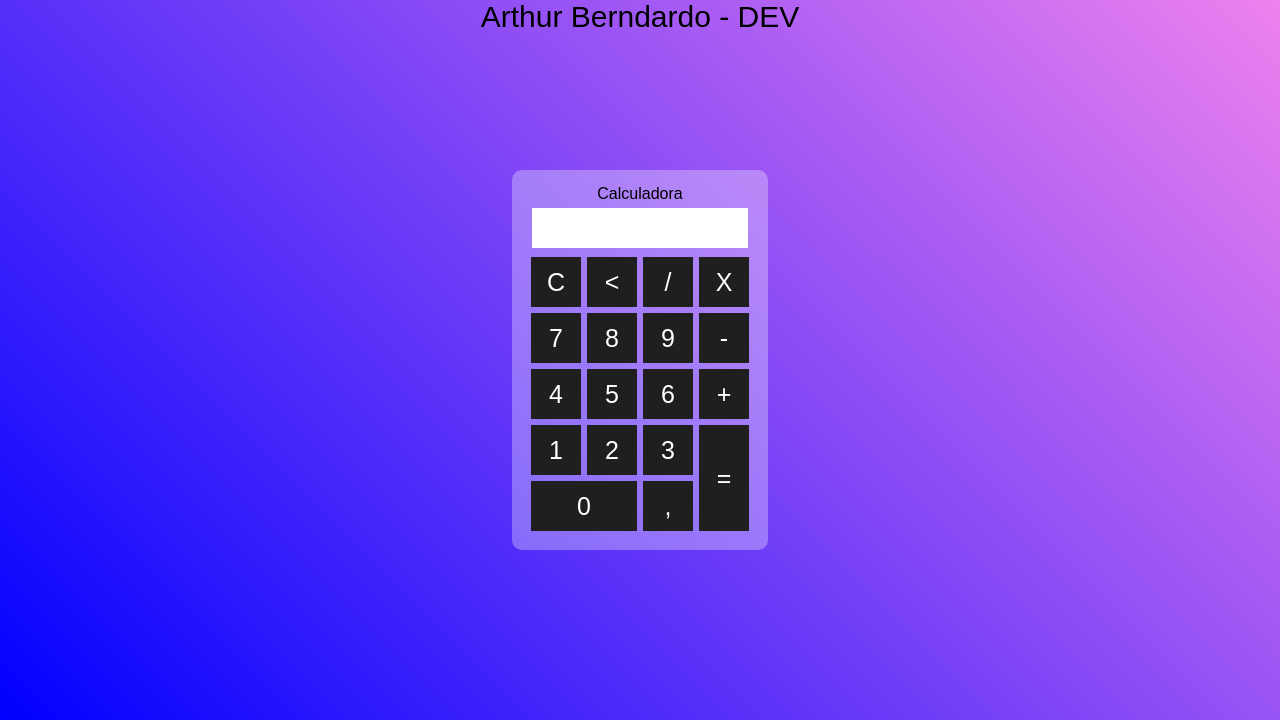
Repository: oThurDev/calculadora
Page: calculadora.html
An editor plug-in stored every save of this project. The page is shown before and after the next save, followed by the edit.
The browser window is 1280 px wide. The pictures show the whole page.

Above is the page before, as saved 2022-02-25 16:37:10.

After the next save:
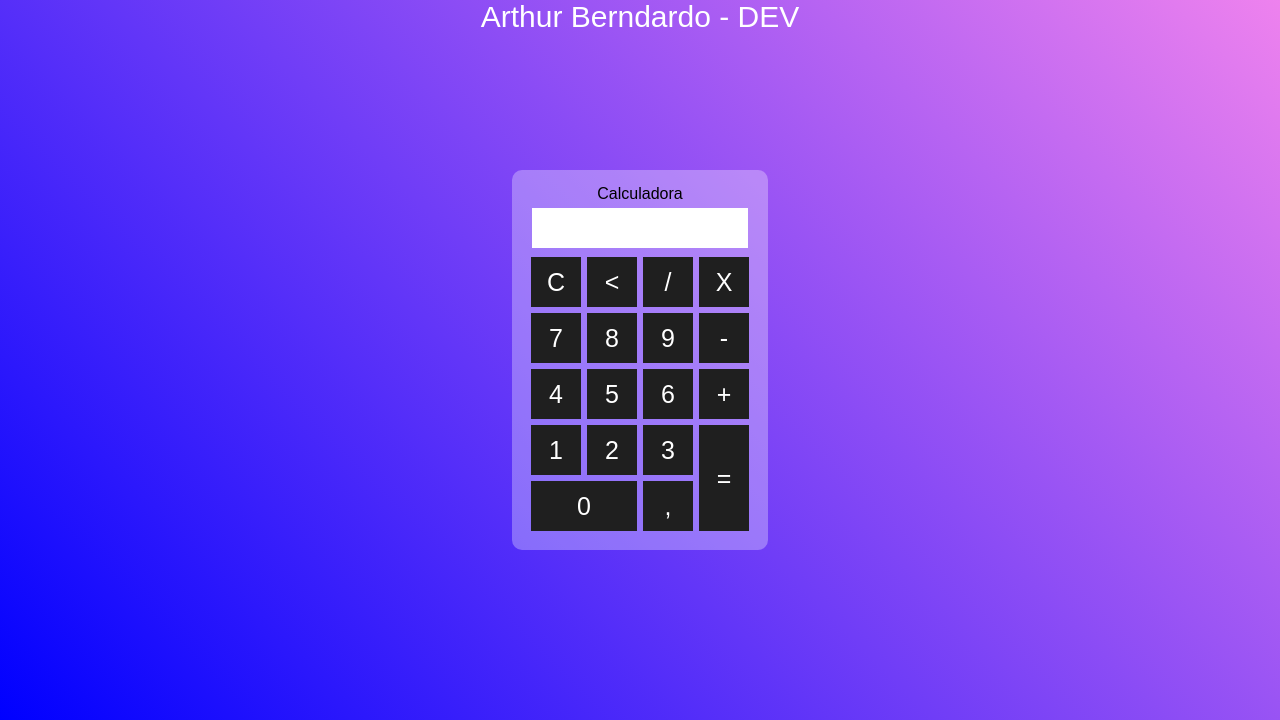
Saved 26 s later.
--- a/style_calculadora.css
+++ b/style_calculadora.css
@@ -13,6 +13,7 @@
 
 .title{
     font-size: 30px;
+    color: white;
 }
 
 .calculadora{
